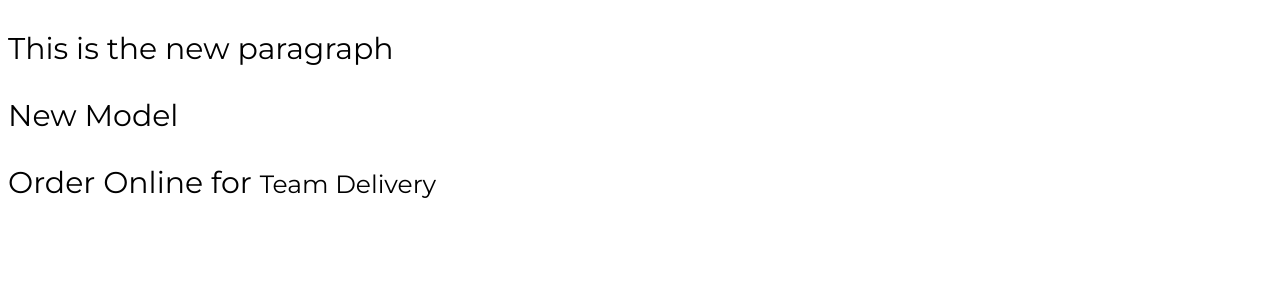
Repository: RagulRanjeeth/Frontend
Page: Correct.html
An editor plug-in stored every save of this project. The page is shown before and after the next save, followed by the edit.
The browser window is 1280 px wide. The pictures show the whole page.

Above is the page before, as saved 2026-01-22 13:25:48.

After the next save:
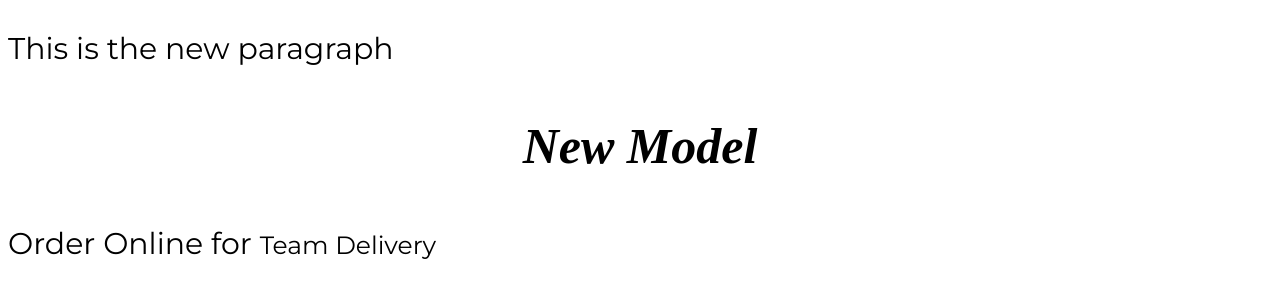
Saved 88 s later.
--- a/Correct.html
+++ b/Correct.html
@@ -10,7 +10,7 @@
     <body>
         <p>This is the new paragraph</p>
 
-        <p>New Model</p>
+        <p class="NewMode">New Model</p>
 
         <p>Order Online for <span class="SpecialDec">Team Delivery</span></p>
     </body>
